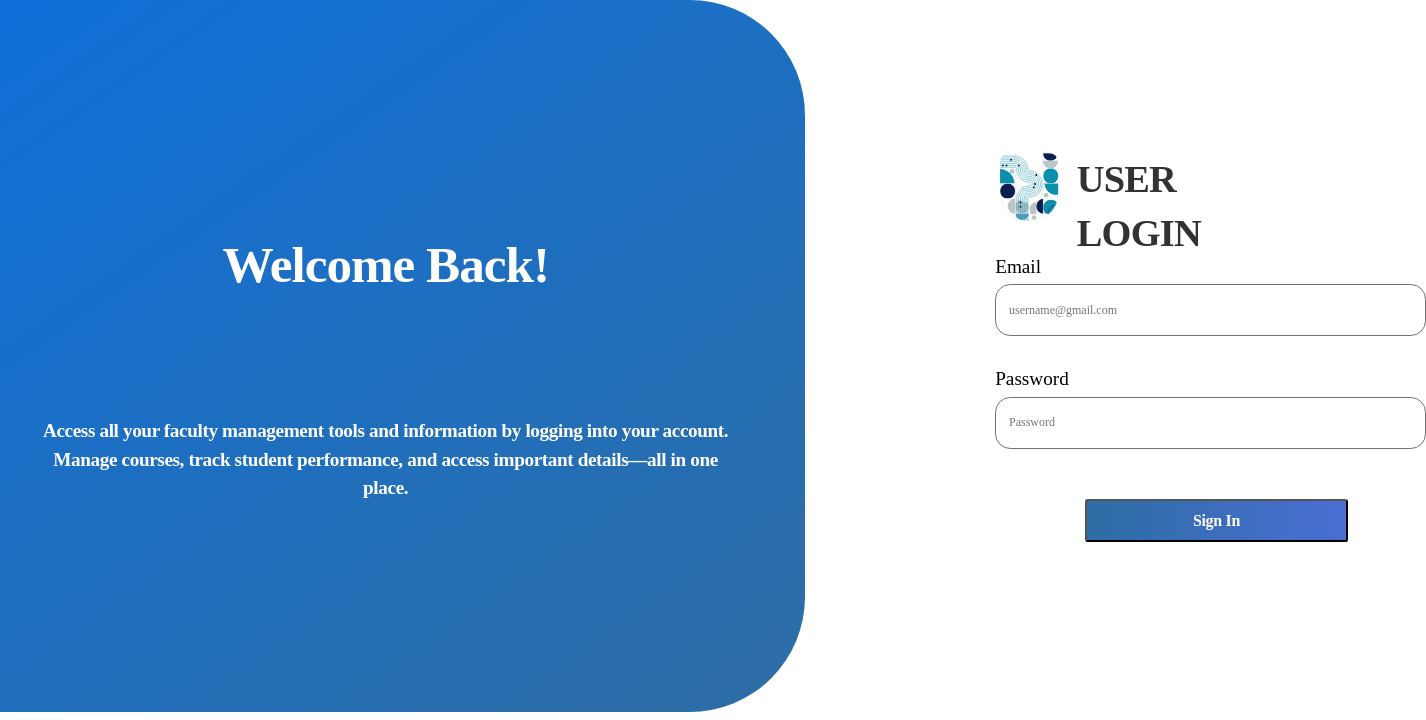
Repository: xedha/ProjetS4
Page: / (app in Frontend/)
The author's editor kept a copy of each file at every save. The page is drawn from the files as they stood at one save, then again after the next save.
The browser window is 1280 px wide. The page is 1426 px wide, so the pictures cover 1426 px, including what lies to the right of the window. The pictures show the whole page.
The project was rebuilt for these pictures with package versions that can differ from the ones it lists, and the page was loaded fresh each time. Also part of the build but not shown: Frontend/vite.config.ts, Frontend/src/components/common/Header.css, Frontend/src/components/common/Header.tsx, Frontend/src/components/common/Sidebar.css, Frontend/src/components/common/Sidebar.tsx, Frontend/src/services/api.ts, Frontend/src/components/common/Search.tsx, Frontend/src/components/common/AddButton.tsx and 6 more.

Above is the page before, as saved 2025-04-13 20:11:11.

### Frontend/src/index.css
/* This file can be used for global styles that should be applied before App.css */
/* You can leave it empty if all styles are in App.css or component-specific CSS files */

/* CSS Variables for consistent theming */
:root {
  --color-primary: #1e88e5;
  --color-primary-dark: #1976d2;
  --color-primary-light: #bbdefb;

  --color-secondary: #f50057;

  --color-success: #4caf50;
  --color-warning: #ff9800;
  --color-error: #f44336;

  --color-gray-100: #f7fafc;
  --color-gray-200: #edf2f7;
  --color-gray-300: #e2e8f0;
  --color-gray-400: #cbd5e0;
  --color-gray-500: #a0aec0;
  --color-gray-600: #718096;
  --color-gray-700: #4a5568;
  --color-gray-800: #2d3748;
  --color-gray-900: #1a202c;

  --font-sans: -apple-system, BlinkMacSystemFont, "Segoe UI", Roboto, "Helvetica Neue", Arial, sans-serif;

  --shadow-sm: 0 1px 2px 0 rgba(0, 0, 0, 0.05);
  --shadow: 0 1px 3px 0 rgba(0, 0, 0, 0.1), 0 1px 2px 0 rgba(0, 0, 0, 0.06);
  --shadow-md: 0 4px 6px -1px rgba(0, 0, 0, 0.1), 0 2px 4px -1px rgba(0, 0, 0, 0.06);
  --shadow-lg: 0 10px 15px -3px rgba(0, 0, 0, 0.1), 0 4px 6px -2px rgba(0, 0, 0, 0.05);

  --border-radius-sm: 0.125rem;
  --border-radius: 0.25rem;
  --border-radius-md: 0.375rem;
  --border-radius-lg: 0.5rem;
  --border-radius-xl: 1rem;
}

/* Reset some browser defaults */
html,
body {
  margin: 0;
  padding: 0;
  height: 100%;
}

a {
  text-decoration: none;
  color: inherit;
}

img {
  max-width: 100%;
  height: auto;
}

### Frontend/src/App.tsx
"use client"

import type React from "react"
import { useState } from "react"
import { BrowserRouter as Router, Routes, Route, Navigate } from "react-router-dom"
import { LoginPage } from "./Pages/LoginPage"
import { TeacherManagementPage } from "./components/teachers/TeacherManagementPage"
import { TeachingManagementPage } from "./components/teaching/TeachingManagementPage"
import "./App.css"

/**
 * Main App Component
 *
 * This component serves as the entry point for the ExamTrack application.
 * It handles:
 * - Routing between different pages
 * - Authentication state management
 * - Protected routes that require authentication
 * - Redirects for unauthorized access attempts
 */

// Define the User interface to type-check the user state
interface User {
  email: string
  name: string
}

const App: React.FC = () => {
  // Authentication state management

  // User state to track authentication
  // null means not authenticated, object means authenticated
  const [user, setUser] = useState<User | null>(null)

  /**
   * Handle login functionality
   * In a real app, this would validate credentials with an API
   * @param data - Object containing email and password
   */
  const handleLogin = (data: { email: string; password: string }) => {
    // Log login attempt for debugging
    console.log("Login attempt with:", data)

    // For demo purposes, we'll just set a user without actual validation
    // In a production app, this would include API calls to validate credentials
    setUser({
      email: data.email,
      name: "Admin", // Changed from "John Doe" to "Admin"
    })
  }

  /**
   * Handle logout functionality
   * Clears the user state to null, effectively logging the user out
   */
  const handleLogout = () => {
    setUser(null)
  }

  return (
    <Router>
      <div className="app">
        <Routes>
          {/*
            Public routes - accessible without authentication
            If user is already logged in, redirect to teachers page
          */}
          <Route path="/login" element={user ? <Navigate to="/teachers" /> : <LoginPage onLogin={handleLogin} />} />

          {/*
            Protected routes - require authentication
            If user is not logged in, redirect to login page
          */}

          {/* Teacher Management route */}
          <Route path="/teachers" element={user ? <TeacherManagementPage /> : <Navigate to="/login" />} />

          {/* Teaching Management route */}
          <Route path="/teaching" element={user ? <TeachingManagementPage /> : <Navigate to="/login" />} />

          {/*
            Additional routes to be implemented:

            <Route
              path="/courses"
              element={
                user ? <CourseManagementPage /> : <Navigate to="/login" />
              }
            />

            <Route
              path="/exams"
              element={
                user ? <ExamSchedulingPage /> : <Navigate to="/login" />
              }
            />

            <Route
              path="/settings"
              element={
                user ? <SettingsPage /> : <Navigate to="/login" />
              }
            />
          */}

          {/*
            Root path redirect
            If user is logged in, go to teachers page, otherwise go to login
          */}
          <Route path="/" element={<Navigate to={user ? "/teachers" : "/login"} />} />

          {/* Redirect dashboard to teachers */}
          <Route path="/dashboard" element={<Navigate to="/teachers" />} />

          {/*
            Catch-all route for any undefined paths
            Redirects to teachers if logged in, or login if not
          */}
          <Route path="*" element={<Navigate to={user ? "/teachers" : "/login"} />} />
        </Routes>
      </div>
    </Router>
  )
}

export default App

### Frontend/src/Pages/LoginPage.tsx
import type React from "react"
import { LeftPanel } from "../components/login/LeftPanel"
import { RightPanel } from "../components/login/RightPanel"
import "./LoginPage.css"

interface LoginPageProps {
  onLogin: (data: { email: string; password: string }) => void
}

export const LoginPage: React.FC<LoginPageProps> = ({ onLogin }) => {
  return (
    <div className="login-page">
      <div className="login-container">
        <div className="login-left">
          <LeftPanel />
        </div>
        <div className="login-right">
          <RightPanel onLogin={onLogin} />
        </div>
      </div>
    </div>
  )
}

### Frontend/src/App.css
/* Reset and base styles */
* {
  box-sizing: border-box;
  margin: 0;
  padding: 0;
}

body {
  font-family: -apple-system, BlinkMacSystemFont, "Segoe UI", "Roboto", "Oxygen", "Ubuntu", "Cantarell", "Fira Sans",
    "Droid Sans", "Helvetica Neue", sans-serif;
  -webkit-font-smoothing: antialiased;
  -moz-osx-font-smoothing: grayscale;
  color: #333;
  line-height: 1.5;
}

.app {
  min-height: 100vh;
}

button {
  cursor: pointer;
}

/* Utility classes */
.sr-only {
  position: absolute;
  width: 1px;
  height: 1px;
  padding: 0;
  margin: -1px;
  overflow: hidden;
  clip: rect(0, 0, 0, 0);
  white-space: nowrap;
  border-width: 0;
}

### Frontend/src/components/login/LeftPanel.tsx
import type React from "react"
import "./LeftPanel.css"

export const LeftPanel: React.FC = () => {
  return (
    <div className="left-panel">
      <div className="left-panel-content">
        <h1 className="left-panel-title">Welcome Back!</h1>

        <p className="left-panel-text">
          Access all your faculty management tools and information by logging into your account. Manage courses, track
          student performance, and access important details—all in one place.
        </p>


      </div>
    </div>
  )
}

### Frontend/src/components/login/RightPanel.tsx
"use client"

import type React from "react"
import { useState } from "react"
import logo from './logo.svg';
import "./RightPanel.css"

interface LoginFormData {
  email: string
  password: string
}

interface RightPanelProps {
  onLogin: (data: LoginFormData) => void
}

export const RightPanel: React.FC<RightPanelProps> = ({ onLogin }) => {
  const [formData, setFormData] = useState<LoginFormData>({
    email: "",
    password: "",
  })

  const handleChange = (e: React.ChangeEvent<HTMLInputElement>) => {
    const { name, value } = e.target
    setFormData((prev) => ({ ...prev, [name]: value }))
  }

  const handleSubmit = (e: React.FormEvent) => {
    e.preventDefault()
    onLogin(formData)
  }

  return (
    <div className="right-panel">
      <div className="login-form-container">
        <div className="login-header">
        <img className="logo"  src={logo} alt="Logo" />
          <span className="login-title">USER LOGIN</span>
        </div>

        <form onSubmit={handleSubmit} className="login-form">
          <div className="form-group">
            <label htmlFor="email" className="form-label">
              Email
            </label>
            <input
              id="email"
              name="email"
              type="email"
              required
              value={formData.email}
              onChange={handleChange}
              className="form-input"
              placeholder="username@gmail.com"
            />
          </div>

          <div className="form-group">
            <label htmlFor="password" className="form-label">
              Password
            </label>
            <input
              id="password"
              name="password"
              type="password"
              required
              value={formData.password}
              onChange={handleChange}
              className="form-input"
              placeholder="Password"
            />
          </div>

          <button type="submit" className="login-button">
            Sign In
          </button>
        </form>
      </div>
    </div>
  )
}

### Frontend/src/Pages/LoginPage.css
.login-page {
  min-height: 100vh;
  height: 100vh;
  width: 100%;
  display: flex;
  overflow: hidden;
}

.login-container {
  width: 100%;
  height: 100%;
  display: flex;
}

.login-left {
  width: 52.875rem;
  height: 100%;
  flex-shrink: 0;
}

.login-right {
  width: 60%;
  height: 100%;
}

@media (max-width: 768px) {
  .login-container {
    flex-direction: column;
  }

  .login-left,
  .login-right {
    width: 100%;
    height: 50%;
  }
}

### Frontend/src/components/login/LeftPanel.css
@import url('https://fonts.googleapis.com/css2?family=Montserrat:wght@400;500;700&display=swap');


html {
  font-size: min(1vw, 1.8vh); /* Adapts to both width and height */
}


.left-panel {
  width: 62.875rem;
  height: 55.6rem;
  border-radius: 0rem 9rem 9rem 0rem;
  background: linear-gradient(325deg, #2E6DA4 0.74%, #0F70DA 100%);
  flex-shrink: 0;


  position: absolute; /* This is required */
  /* Adjusted to lower the button */
  left: 0;

}



  .left-panel-title {
    width: 54.38681rem;
    height: 6.74rem;
    flex-shrink: 0;
    color: var(--White, #FFF);
    font-family: Poppins;
    font-size: 4rem;
    font-style: normal;
    font-weight: 600;
    line-height: 150%;
    letter-spacing: -0.08rem;
    text-align: center;
    position: absolute; /* This is required */
    /* Adjusted to lower the button */
    top : 17.75rem;
    left : 2.94rem;

  }


  .left-panel-text {

    width: 54.375rem;
    height: 7.5625rem;
    flex-shrink: 0;
    color: var(--White, #FFF);
    font-family: Poppins;
    font-size: 1.5rem;
    font-style: normal;
    font-weight: 600;
    line-height: 150%;
    letter-spacing: -0.03rem;
    text-align: center;

    position: absolute; /* This is required */
    /* Adjusted to lower the button */
  top : 32.56rem;
  left : 2.94rem;
  }

### Frontend/src/components/login/RightPanel.css

@import url('https://fonts.googleapis.com/css2?family=Montserrat:wght@400;500;700&display=swap');


html {
  font-size: min(1vw, 1.8vh); /* Adapts to both width and height */
}



  .login-form-container {

    max-width: 25rem;
    height: 45rem;

  }

  .login-header {
    color: var(--Black, #1D1D1D);
    font-family: Poppins;
    font-size: 3rem;
    font-style: normal;
    font-weight: 600;
    line-height: 140%;
    letter-spacing: -0.06rem;

    position: absolute;

   left : 84.12rem;
    top: 11.94rem;
    bottom: ;
  }

  .login-title {
    color: var(--Black, #323232);

    font-size: 3rem;
    font-style: normal;
    font-weight: 600;
    line-height: 1rem;
    letter-spacing: -0.06rem;


  }

  .login-form {
    display: flex;
    flex-direction: column;
    gap: 2.5rem;
    justify-content: center;
    position: absolute;

    left : 77.75rem;
     top: 20rem;
     bottom: ;

  }

  .form-group {
    display: flex;
    flex-direction: column;
    gap: 0.5rem;

  }

  .form-label {
    color: #000;
    font-family: Poppins;
    font-size: 1.5rem;
    font-style: normal;
    font-weight: 400;
    line-height: normal;

  }

  .form-input {
   display: flex;
   width: 33.625rem;
   height: 4.0625rem;
   overflow: hidden;
   padding: 1rem;
   border-radius: 1.1875rem;
   border: 0.711px solid #6F7274;
   background: #FFF;
   align-items: center;
   gap: 0.625rem;
   flex-shrink: 0;
   color: #6F7274;
   font-family: Poppins;
   font-size: 0.9375rem;
   font-style: normal;
   font-weight: 400;
   line-height: normal;


  }

  .form-input:focus {
    border-color: #1e88e5;
    box-shadow: 0 0 0 2px rgba(30, 136, 229, 0.2);

    display: flex;
    justify-content: center;
  }

  .login-button {
      display: flex;
      width: 20.577rem;
      height: 3.38188rem;
      justify-content: center;
      align-items: center;
      flex-shrink: 0;
        border-radius: 0.2205rem;
        background: linear-gradient(90deg, #2E6DA4 0%, #476ED0 94.4%);
        color: #FFFAFA;
        font-family: Poppins;
        font-size: 1.25rem;
        font-style: normal;
        font-weight: 600;
        line-height: normal;
        letter-spacing: -0.025rem;

        position: absolute;

        left : 7rem;
         top: 19rem;
         bottom: ;

  }

  .login-button:hover {
    background-color: #1976d2;
  }

  .logo{

    position: absolute;

    left : -6rem;
     top: 0rem;
     bottom: ;
  }

### Frontend/src/components/common/search.module.css
@import url("https://fonts.googleapis.com/css2?family=Montserrat:wght@400;500;700&display=swap");
/* From Uiverse.io by alexruix */
.group {
  display: flex;
  width: 60rem; /* Reduced from 72.5rem to make it less wide */
  height: 3.75rem;
  overflow: hidden;

  border-radius: 2rem;
  border: 1px solid #9a9696;
  box-shadow: 0px 4px 12px 0px rgba(13, 10, 44, 0.06);
  background: var(--White-White, #fff);
  align-items: center;
  gap: 0.375rem;
  flex-shrink: 0;

  position: relative; /* Changed from absolute to relative for better layout control */
  margin: 0 auto; /* Center the search bar */
}

.input {
  width: 100%;
  height: 40px;
  line-height: 28px;
  padding: 0 1rem;
  padding-left: 2.5rem;
  border: 2px solid transparent;
  border-radius: 8px;
  outline: none;
  background-color: #ffffff;
  color: #0d0c22;
  transition: .3s ease;
  color: var(--Gray, #abb7c2);
  font-family: Poppins, sans-serif;
  font-size: 1.125rem;
  font-style: normal;
  font-weight: 400;
  line-height: normal;

  display: flex;
  width: 60rem; /* Reduced from 72.5rem to match the container */
  height: 3.75rem;
  overflow: hidden;
  padding-left: 3rem;
  border-radius: 2rem;
  border: 1px solid #9a9696;
  box-shadow: 0px 4px 12px 0px rgba(13, 10, 44, 0.06);
  background: var(--White-White, #fff);
  align-items: center;
  gap: 0.375rem;
  flex-shrink: 0;
}

.input::placeholder {
  color: #9e9ea7;
}

.input:focus,
.input:hover {
  outline: none;
  border-color: #1cd8d2;
  border-radius: 2rem;
  border: 5px solid #1cd8d2;
  background-color: #fff;
  box-shadow: 0 0 0 6px rgb(234 76 137 / 10%);
  color: #53535f;
}

.icon {
  position: absolute;
  left: 1rem;
  fill: #9e9ea7;
  width: 1rem;
  height: 1rem;
  display: flex;
  padding: 0;
  align-items: center;
  gap: 0.625rem;

  width: 1.5rem;
  height: 1.5rem;
}

### Frontend/src/components/common/addbutton.module.css
@import url("https://fonts.googleapis.com/css2?family=Montserrat:wght@400;500;700&display=swap");

.addbuttongreen {
  position: absolute; /* This is required */
  top: 0.5rem; /* Adjusted to lower the button */
  right: 0;

  display: flex;
  width: 10.625rem;
  height: 2.9375rem;
  padding: 0.5rem 0.75rem;
  justify-content: center;
  align-items: center;
  gap: 0.5rem;
  flex-shrink: 0;
  border-radius: 0.5rem;
  background: var(--2nd, linear-gradient(90deg, #0B8FAC 0%, #043A46 100%));
  color: #fff;
  font-family: Montserrat, sans-serif;
  font-size: 0.9375rem;
  font-style: normal;
  font-weight: 700;
  line-height: normal;
  border: none;
  cursor: pointer;
}

.addbuttongreen:hover {
  background-color: #0B8FAC;
  box-shadow: 0px 15px 20px rgba(20, 133, 154, 0.4);
  color: #fff;
  transform: translateY(-7px);
}

.addbuttongreen:active {
  transform: translateY(-1px);
}
.add {
  width: 1.25rem;
  height: 1.0625rem;
  flex-shrink: 0;
}

### Frontend/src/components/common/table.module.css
@import url("https://fonts.googleapis.com/css2?family=Montserrat:wght@400;500;700&display=swap");

.tableContainer {
  width: 100%;
  overflow-x: auto;
  margin-top: 1.5rem;
  border-radius: 1rem;
  box-shadow: 0px 4px 12px 0px rgba(13, 10, 44, 0.06);
}

.table {
  width: 100%;
  border-collapse: collapse;
  border-radius: 1rem;
  overflow: hidden;
}

.tableHeader {
  height: 4.5625rem;
  border-radius: 1rem 1rem 0rem 0rem;
  border: 1px solid #000;
  box-shadow: 0px 4px 4px 0px rgba(0, 0, 0, 0.25);
  background: linear-gradient(180deg, #45d699 0%, #08b2ac 100%);
  position: sticky;
  top: 0;
  z-index: 10;
}

.tableHeaderCell {
  color: #fff;
  font-family: Montserrat, sans-serif;
  font-size: 0.875rem;
  font-weight: 700;
  padding: 1rem;
  text-align: left;
}

.tableRow {
  height: 4.625rem;
  border: 1px solid #e2e8f0;
}

.tableRow:nth-child(odd) {
  background-color: #eaf2f9;
}

.tableRow:nth-child(even) {
  background-color: white;
}

.tableRow:last-child {
  border-radius: 0rem 0rem 1rem 1rem;
}

.tableCell {
  padding: 1rem;
  color: #000;
  font-family: Montserrat, sans-serif;
  font-size: 0.99rem;
  font-weight: 500;
}

.actionCell {
  display: flex;
  align-items: center;
  gap: 0.5rem;
  padding: 1rem;
}

.editButton {
  width: 2rem;
  height: 2rem;
  background-color: #ebf8ff;
  color: #4299e1;
  border: none;
  border-radius: 0.375rem;
  display: flex;
  align-items: center;
  justify-content: center;
  cursor: pointer;
  transition: background-color 0.2s;
}

.editButton:hover {
  background-color: #bee3f8;
}

.deleteButton {
  width: 2rem;
  height: 2rem;
  background-color: #fff5f5;
  color: #f56565;
  border: none;
  border-radius: 0.375rem;
  display: flex;
  align-items: center;
  justify-content: center;
  cursor: pointer;
  transition: background-color 0.2s;
}

.deleteButton:hover {
  background-color: #fed7d7;
}

.statusBadge {
  display: inline-block;
  padding: 0.25rem 0.75rem;
  border-radius: 9999px;
  font-size: 0.75rem;
  font-weight: 600;
  text-transform: uppercase;
}

.statusAdmin {
  background-color: #e6fffa;
  color: #38b2ac;
}

.statusMed {
  background-color: #ebf8ff;
  color: #4299e1;
}

.statusMutated {
  background-color: #fffaf0;
  color: #ed8936;
}

.statusRetired {
  background-color: #fff5f5;
  color: #f56565;
}

.teacherAvatar {
  width: 2rem;
  height: 2rem;
  border-radius: 50%;
  background-color: #e2e8f0;
  margin-right: 0.75rem;
}

.teacherCode {
  display: flex;
  align-items: center;
}

.pagination {
  display: flex;
  justify-content: center;
  gap: 0.5rem;
  margin-top: 1.5rem;
  margin-bottom: 1.5rem;
}

.paginationButton,
.paginationNumber {
  display: flex;
  align-items: center;
  justify-content: center;
  min-width: 2rem;
  height: 2rem;
  padding: 0 0.5rem;
  border: 1px solid #e2e8f0;
  border-radius: 0.375rem;
  background-color: white;
  color: #4a5568;
  font-size: 0.875rem;
  cursor: pointer;
  transition: all 0.2s;
}

.paginationButton:disabled {
  opacity: 0.5;
  cursor: not-allowed;
}

.paginationNumber.active {
  background-color: #0b8fac;
  color: white;
  border-color: #0b8fac;
}

.paginationButton:not(:disabled):hover,
.paginationNumber:not(.active):hover {
  background-color: #f7fafc;
}

.paginationEllipsis {
  display: flex;
  align-items: center;
  justify-content: center;
  min-width: 2rem;
  height: 2rem;
  color: #4a5568;
}

.tooltip {
  position: absolute;
  background-color: #f56565;
  color: white;
  padding: 0.5rem;
  border-radius: 0.375rem;
  font-size: 0.75rem;
  opacity: 0;
  pointer-events: none;
  transition: opacity 0.3s;
  white-space: nowrap;
}

.deleteButton:hover .tooltip {
  opacity: 1;
}

Loaded but not shown: Frontend/index.html (common file); Frontend/src/main.tsx (common file)

After the next save:
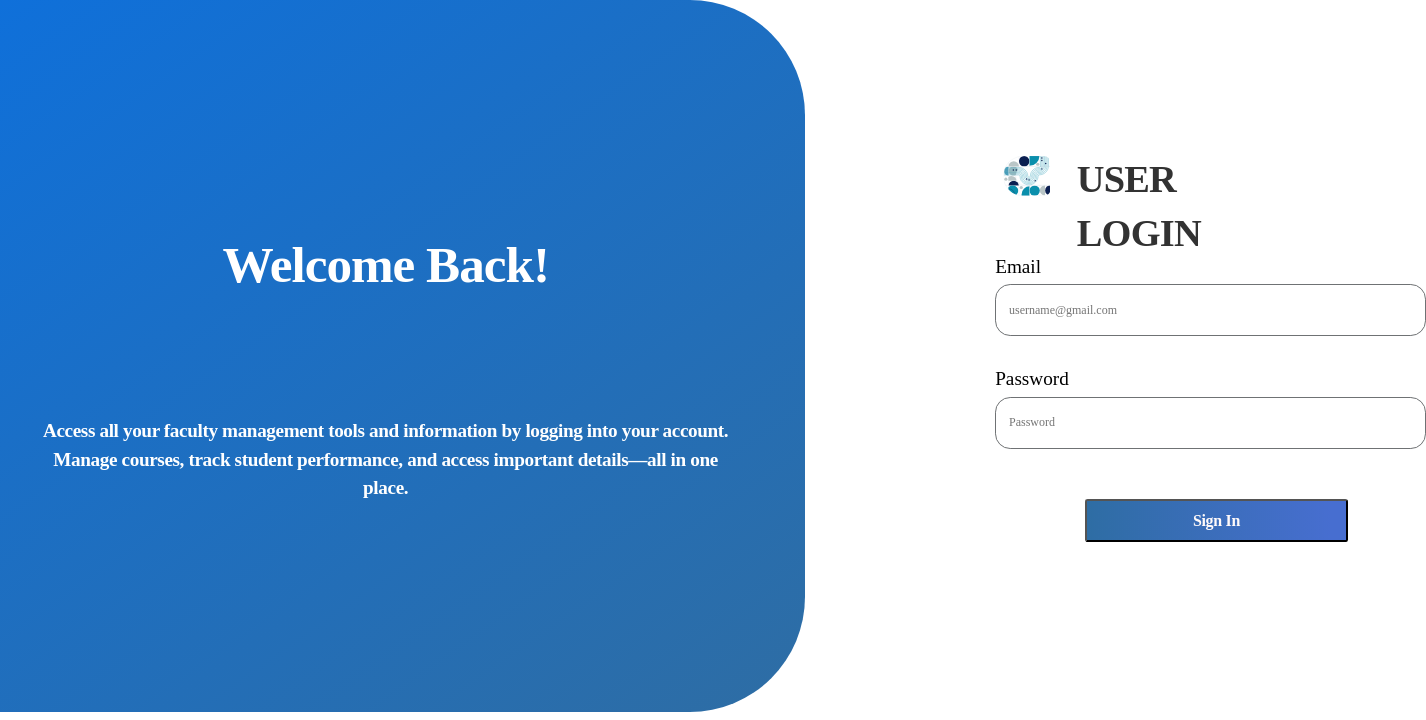
Saved 8 s later.
--- a/Frontend/src/components/login/RightPanel.css
+++ b/Frontend/src/components/login/RightPanel.css
@@ -139,4 +139,10 @@ html {
     left : -6rem;
      top: 0rem;
      bottom: ;
+     stroke-width: 0.189px;
+     stroke: #B7C4D4;
+     width: 4.24644rem;
+     height: 3.64219rem;
+     transform: rotate(90deg);
+     flex-shrink: 0;
   }
